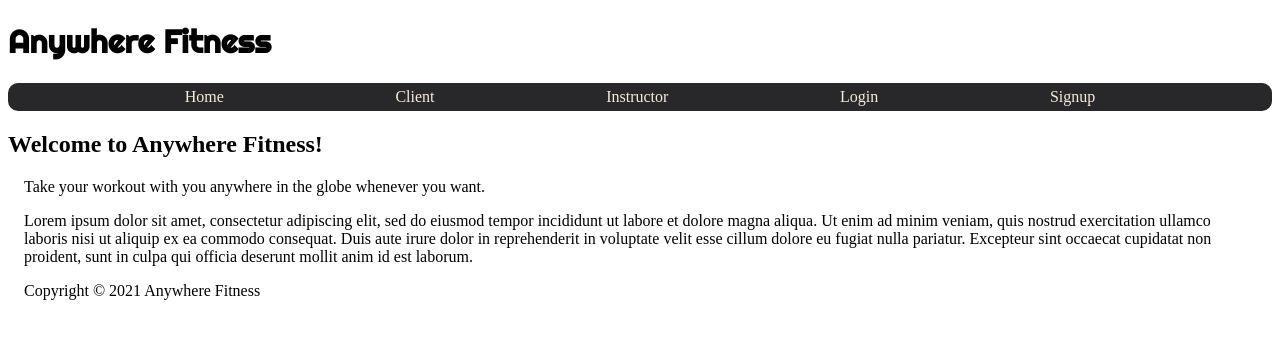
Repository: 10-21-BW-AnywhereFitness/frontend
Page: / (app in anywherefitness-fe/)
These files come from the project's save history. The page is drawn as it stood at one moment and after a run of saves; the edit follows.
The browser window is 1280 px wide. The pictures show the whole page.
Some web fonts or font styles are not loaded; a fallback is used. The project was rebuilt for these pictures with package versions that can differ from the ones it lists, and the page was loaded fresh each time. Also part of the build but not shown: anywherefitness-fe/src/api/api_calls.js, anywherefitness-fe/src/components/landing/ClientLanding.js, anywherefitness-fe/src/components/pages/client.js, anywherefitness-fe/src/components/landing/EditMenu.css, anywherefitness-fe/src/components/landing/EditMenu.js, anywherefitness-fe/src/components/landing/ClassDetails.js, anywherefitness-fe/src/components/landing/Popup.css, anywherefitness-fe/src/components/landing/Popup.js and 14 more.

Above is the page before, as saved 2021-10-22 11:02:46.

### anywherefitness-fe/public/index.html
<!DOCTYPE html>
<html lang="en">
  <head>
    <meta charset="utf-8" />
    <link rel="icon" href="%PUBLIC_URL%/favicon.ico" />
    <meta name="viewport" content="width=device-width, initial-scale=1" />
    <meta name="theme-color" content="#000000" />
    <link rel="preconnect" href="https://fonts.googleapis.com">
    <link rel="preconnect" href="https://fonts.gstatic.com" crossorigin>
    <link href="https://fonts.googleapis.com/css2?family=Righteous&family=Scheherazade+New&display=swap" rel="stylesheet">

      <title>Anywhere Fitness App</title>
  </head>
      <body>
        <div id="root"></div>
      </body>
</html>

### anywherefitness-fe/src/index.css
* {

}

body {

  font-family: 'Scheherazade New', serif;

}

code {
  font-family: source-code-pro, Menlo, Monaco, Consolas, 'Courier New',
    monospace;
}

h1{
  font-family: 'Righteous', cursive;
  color: black;
}

.logo-bar{
  margin: 0;
  padding:0;
}

.nav-bar{
  display: flex;
  justify-content: space-evenly;
  align-items: center;
  background-color: rgb(40, 40, 43);
  border-radius: 10px 10px;
  padding:5px;
  margin-top: 0;
}

a{
  color: antiquewhite;
  text-decoration: none;
}

.content-container{
  display: flex;
  flex-direction: row;
  justify-content: space-around;
}

.text-content{
  border: 1px solid red;
}

.workout-img{
  border: 1px solid red;
}

.workout-img img{
  width: 50%;
  height: 50%;
}

### anywherefitness-fe/src/App.js
import React from "react";
import { Route, Link } from "react-router-dom";
import "./App.css";
import NavBar from "./components/NavBar";
import Home from "./components/pages/home";
import Client from "./components/pages/client";
import Instructor from "./components/pages/instructor";
import Footer from "./components/Footer";
import Login from "./components/pages/login";
import Signup from "./components/pages/signup";
import ClientSearch from "./components/pages/ClientSearch"
import InstructorSearch from "./components/pages/instructorSearch";
import Reserved from './components/pages/Reserved'

function App() {
  return (
    <div className="App">
      <header className="header">
        <div className="logo-bar">
          <Link to="/" style={{ textDecoration: "none" }}>
            <h1>Anywhere Fitness</h1>
          </Link>
        </div>
        <NavBar />
      </header>

      <div className="main-content">
        <Route exact path="/">
          <Home />
        </Route>

        <Route path="/client/search">
          <ClientSearch />
        </Route>

        <Route path="/instructor/search">
          <InstructorSearch />
        </Route>

        <Route path="/client/reserved">
          <Reserved />
        </Route>

        <Route path="/client">
          <Client />
        </Route>

        <Route path="/instructor">
          <Instructor />
        </Route>

        <Route path="/login">
          <Login />
        </Route>

        <Route path="/signup">
          <Signup />
        </Route>


        <div className="footer-container">
          <Footer />
        </div>
      </div>
    </div>
  );
}

export default App;

### anywherefitness-fe/src/App.css
.App {
  text-align: ;
}

### anywherefitness-fe/src/components/NavBar.js
import React from "react";
import { Link } from "react-router-dom";
import * as con from "../constant/constant";

export default function NavBar() {
  return (
    <div className="nav-bar">
      <Link to="/" style={{ textDecoration: "none" }}>
        Home
      </Link>
      <Link to="/client" style={{ textDecoration: "none" }}>
        Client
      </Link>
      <Link to="/instructor" style={{ textDecoration: "none" }}>
        Instructor
      </Link>
      <Link to="/login" style={{ textDecoration: "none" }}>
        {con.get}Login
      </Link>
      <Link to="/signup" style={{ textDecoration: "none" }}>
        Signup
      </Link>
    </div>
  );
}

### anywherefitness-fe/src/components/pages/home.js
import React from "react"


const Home = (props) =>{
    return (
        <div>
            <h2 className='text-center'>Welcome to Anywhere Fitness!</h2>
                <div>
                    <p className='text-center'>Take your workout with you anywhere in the globe whenever you want.</p>
                    <p>
                    Lorem ipsum dolor sit amet, consectetur adipiscing elit, sed do eiusmod tempor incididunt ut labore et dolore magna aliqua. Ut enim ad minim veniam, quis nostrud exercitation ullamco laboris nisi ut aliquip ex ea commodo consequat. Duis aute irure dolor in reprehenderit in voluptate velit esse cillum dolore eu fugiat nulla pariatur. Excepteur sint occaecat cupidatat non proident, sunt in culpa qui officia deserunt mollit anim id est laborum.
                    </p>
                </div>

        </div>
    )
}

export default Home;

### anywherefitness-fe/src/components/Footer.js
import React from "react";
import { CardFooter } from "reactstrap";

export default function Footer() {
  return (
    <div className="contact-container">
      <CardFooter className="center">
        <p className="text-center">Copyright &copy; 2021 Anywhere Fitness</p>
      </CardFooter>
    </div>
  );
}

### anywherefitness-fe/src/constant/constant.js
export const API_URL_BASE = "https://buildweek-backend-10-21.herokuapp.com";
export const PATH_REGISTER = "/api/auth/register";
export const PATH_LOGIN = "/api/auth/login";
export const PATH_PUBLIC_GET_CLASSES = "/api/client/public/classes";
export const PATH_CLIENT_GET_CLASSES = "/api/client/classes/";
export const PATH_CLIENT_RESERVED_CLASSES = `/api/client/${getUserID()}/classes`;

export const PATH_INSTRUCTOR_ADD_CLASS = `/api/instructor/${getUserID()}/classes/`;
export const PATH_INSTRUCTOR_GET_CLASSES = `/api/instructor/${getUserID()}/classes/`;
export const PATH_INSTRUCTOR_DELETE_CLASS_BY_ID = `/api/instructor/${getUserID()}/classes/`;
export const PATH_INSTRUCTOR_GET_CLASS_BY_ID = `/api/instructor/${getUserID()}/classes/`;
export const PATH_CLIENT_GET_CLASS_BY_ID = `/api/client/classes/`;
export const PATH_CLIENT_MAKE_A_CLASS_RESERVATION = `/api/client/classes/`;
export const PATH_CLIENT_DELETE_A_CLASS_RESERVATION = `/api/client/${getUserID()}/classes/`;
export const PATH_CLIENT_GET_ALL_RESERVED_CLASSES = `/api/client/${getUserID()}/classes/`;
export const PATH_CLIENT_GALL_ALL_AVAILABLE_CLASSES = `/api/client/classes`;

export function setWelcomeMessage(welcomeMessage) {
  localStorage.setItem("welcomeMessage", welcomeMessage);
}

export function getWelcomeMessage() {
  return localStorage.getItem("welcomeMessage");
}

export function setToken(tokenValue) {
  localStorage.setItem("token", tokenValue);
}
export function getToken() {
  if (localStorage.getItem("token")) {
    return localStorage.getItem("token");
  } else {
    return "";
  }
}

export function setRole(role_id) {
  localStorage.setItem("role_id", role_id);
}

export function getRole() {
  return localStorage.getItem("role_id");
}

export function setUserID(user_id) {
  localStorage.setItem("user_id", user_id);
}

export function getUserID() {
  return localStorage.getItem("user_id");
}

export function createClientCredential(username, password) {
  return { username: username, password: password, role_id: "client" };
}

export function createInstructorCredential(username, password) {
  return { username: username, password: password, role_id: "instructor" };
}

export function getClientCredential() {
  return { username: "tomtom5", password: "tomtom5" };
}

export function getInstructorCredential() {
  return { username: "masonj", password: "masonj" };
}

export function getNewClass() {
  return {
    class_name: "class one" + JSON.stringify(Date.now()),
    // "class_name": "class one" ,
    class_type: "type one",
    class_date: "10/11/2021",
    class_time: "17:00",
    class_duration: 25,
    class_intensity: "low",
    class_location: "location one",
    class_registered_clients: 0,
    class_max: 30,
  };
}

### anywherefitness-fe/src/components/landing/Search.css
.main-cont{
    background-color: lightgrey;
}

.input-cont{
    display: flex;
    flex-direction: column;
    justify-content: center;
    align-items: center;
    font-family: Arial, Helvetica, sans-serif;
    margin: 2rem;
    width: 100%;
}

input{
    margin-top: 2rem;
    width: 30rem;
    height: 4rem;
}
.search{
    font-size: 2rem;
    padding-left: 1rem;
    border-radius: 1rem;
    border: rgba(169, 169, 169, 0.534) solid 2px;
    background-color: black;
    color: lightgray;
}

.intense{
    width: 500px;
    display: flex;
    flex-direction: row;
    align-content: center;
    margin-top: 2rem;
}
p{
    margin: 1rem;
}


.searched-cont{
    display: flex;
    flex-wrap: wrap;
    justify-content: space-around;
}

.classes-cont{
    margin: 1.5%;
}

.checkbox-cont input{
    display: none;
}

.checkbox-cont{
    display: inline-block;
    width: 30%;
    padding-left: 3rem;
    position: relative;
    cursor: pointer;
    font-family: Arial, Helvetica, sans-serif;
}

.checkbox-cont .checkmark{
    display: inline-block;
    width: 2.5rem;
    height: 2.5rem;
    background: #eee;
    position: absolute;
    left: 0;
    top: 0;
    border-radius: 3px;
}

.checkbox-cont input:checked + .checkmark{
    background-color: #2196fc;
}

.checkbox-cont input:checked + .checkmark::after{
    content: "";
    position: absolute;
    height: 4px;
    width: 9px;
    border-left: 2px solid white;
    border-bottom: 2px solid white;
    top: 45%;
    left: 50%;
    transform: translate(-50%,-50%) rotate(-45deg);
}

.checkbox-cont p{
    margin: 12px;
}

Loaded but not shown: anywherefitness-fe/src/index.js (common file)

After the next 5 saves:
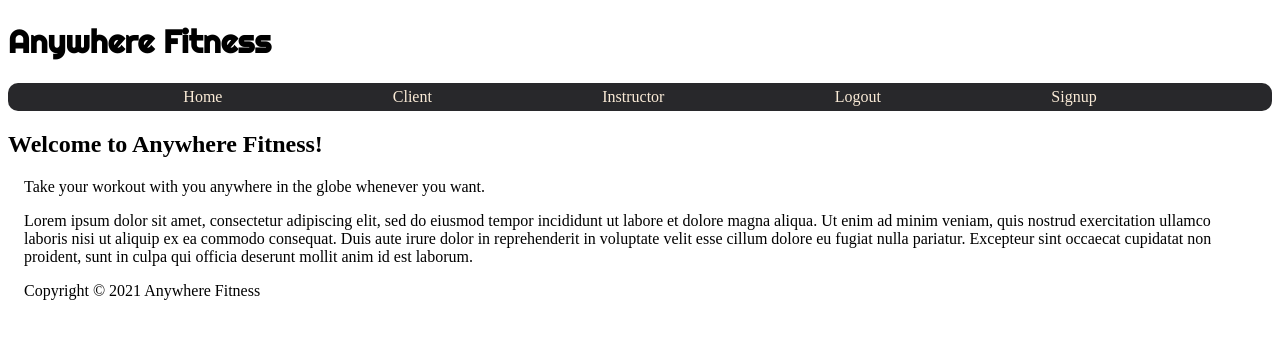
The 5 saves are shown as one change because 3 did not build or start and some came seconds apart.
The last was saved 26 s later.
--- a/anywherefitness-fe/src/components/NavBar.js
+++ b/anywherefitness-fe/src/components/NavBar.js
@@ -15,7 +15,7 @@
         Instructor
       </Link>
       <Link to="/login" style={{ textDecoration: "none" }}>
-        {con.get}Login
+        {con.getToken === "" ? "Login" : "Logout"}
       </Link>
       <Link to="/signup" style={{ textDecoration: "none" }}>
         Signup
